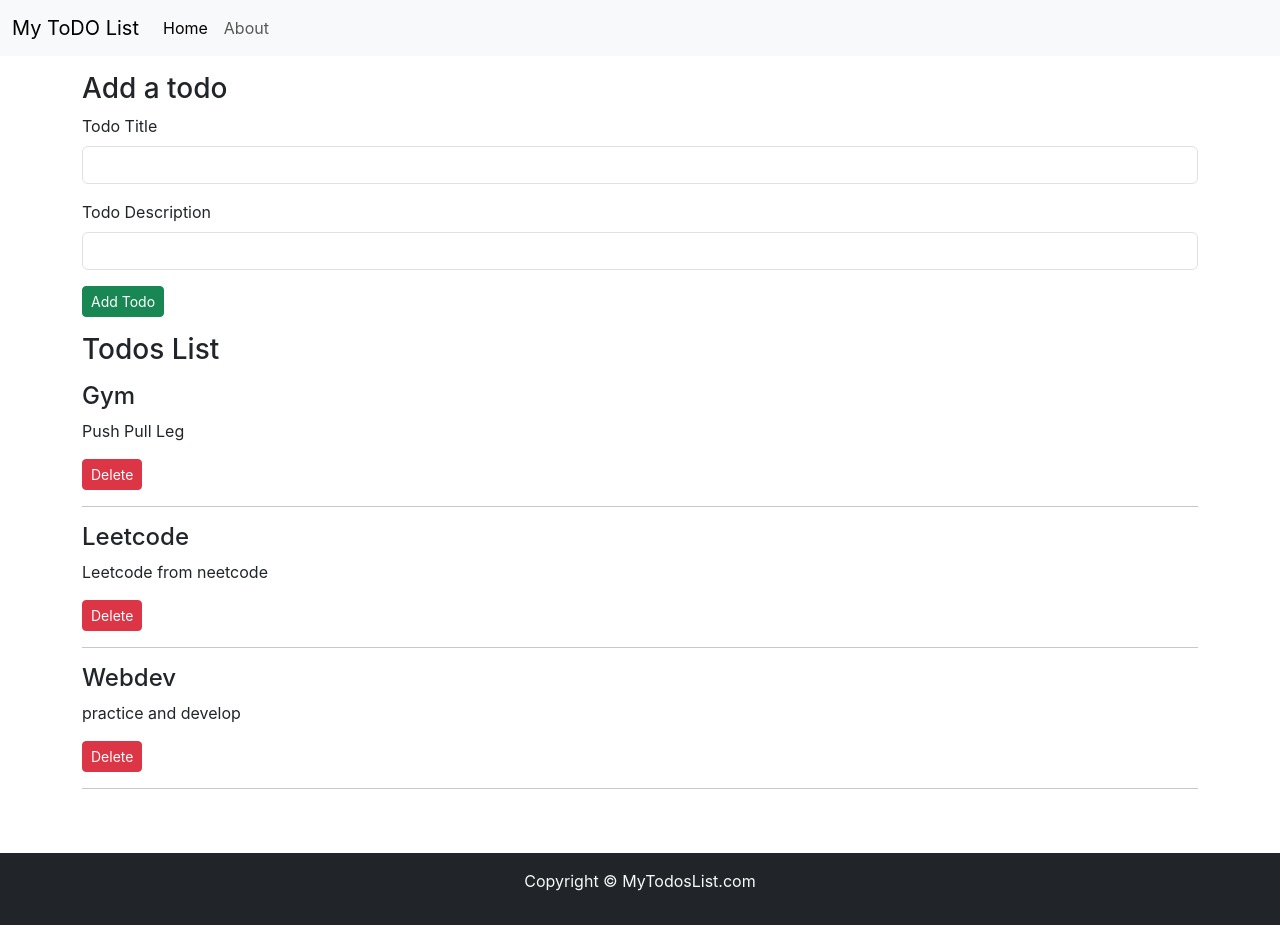
Repository: AshwinUgale/ToDoList
Page: /
These files come from the project's save history. The page is drawn as it stood at one moment and after the next save; the edit follows.
The browser window is 1280 px wide. The pictures show the whole page.
The project was rebuilt for these pictures with package versions that can differ from the ones it lists, and the page was loaded fresh each time. Also part of the build but not shown: src/App.css.

Above is the page before, as saved 2024-12-21 17:31:17.

After the next save:
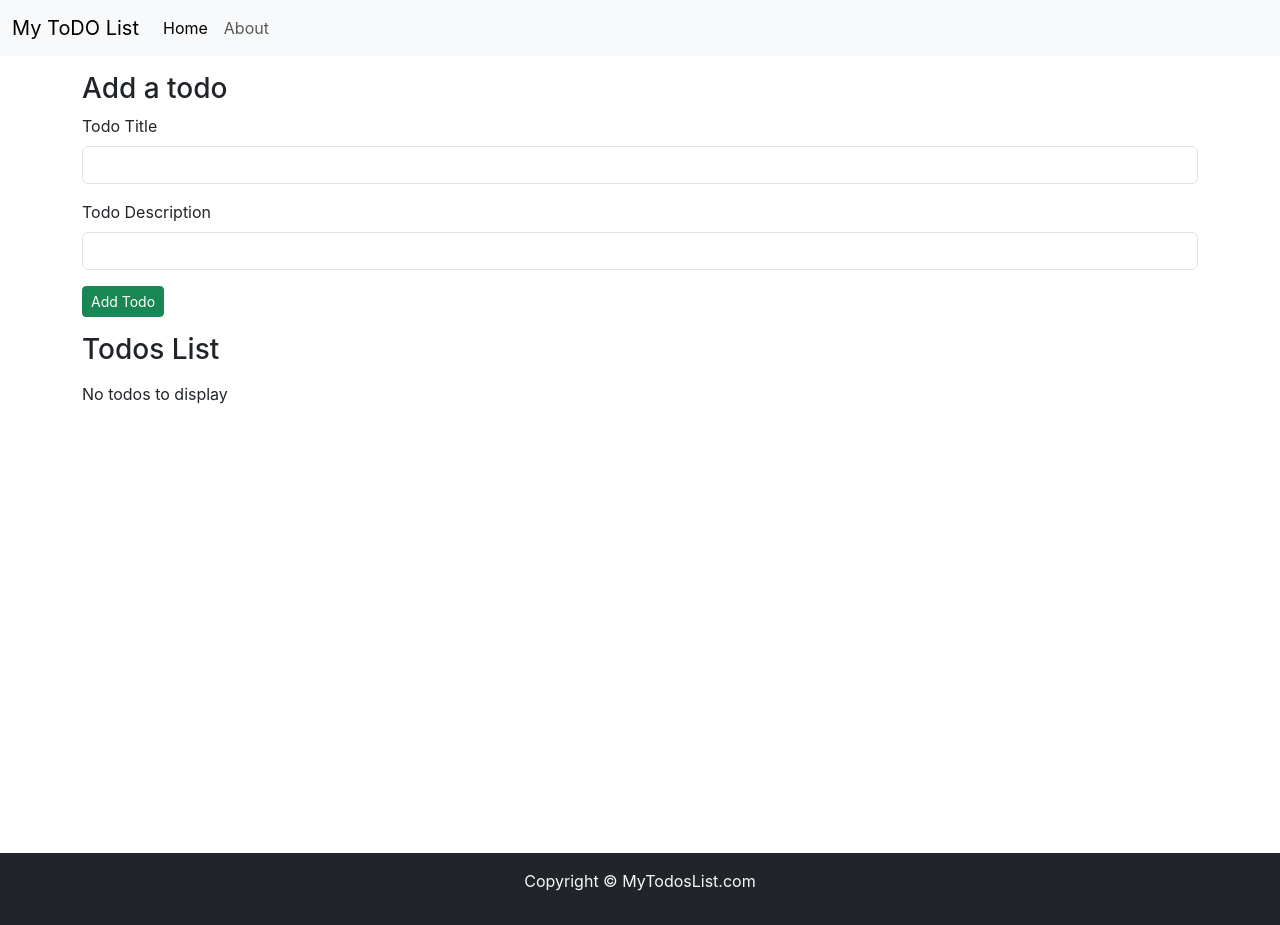
Saved 100 s later.
--- a/src/App.js
+++ b/src/App.js
@@ -30,23 +30,7 @@ function App() {
     setTodos([...todos,myTodo]);
   }
 
-  const [todos,setTodos]=useState([
-    {
-      sno: 1,
-      title: "Gym",
-      desc: "Push Pull Leg"
-    },
-    {
-      sno: 2,
-      title: "Leetcode",
-      desc: "Leetcode from neetcode"
-    },
-    {
-      sno: 3,
-      title: "Webdev",
-      desc: "practice and develop "
-    },
-  ])
+  const [todos,setTodos]=useState([]);
   return (
     <>
     <Header title="My ToDO List" searchBar={false}/>
